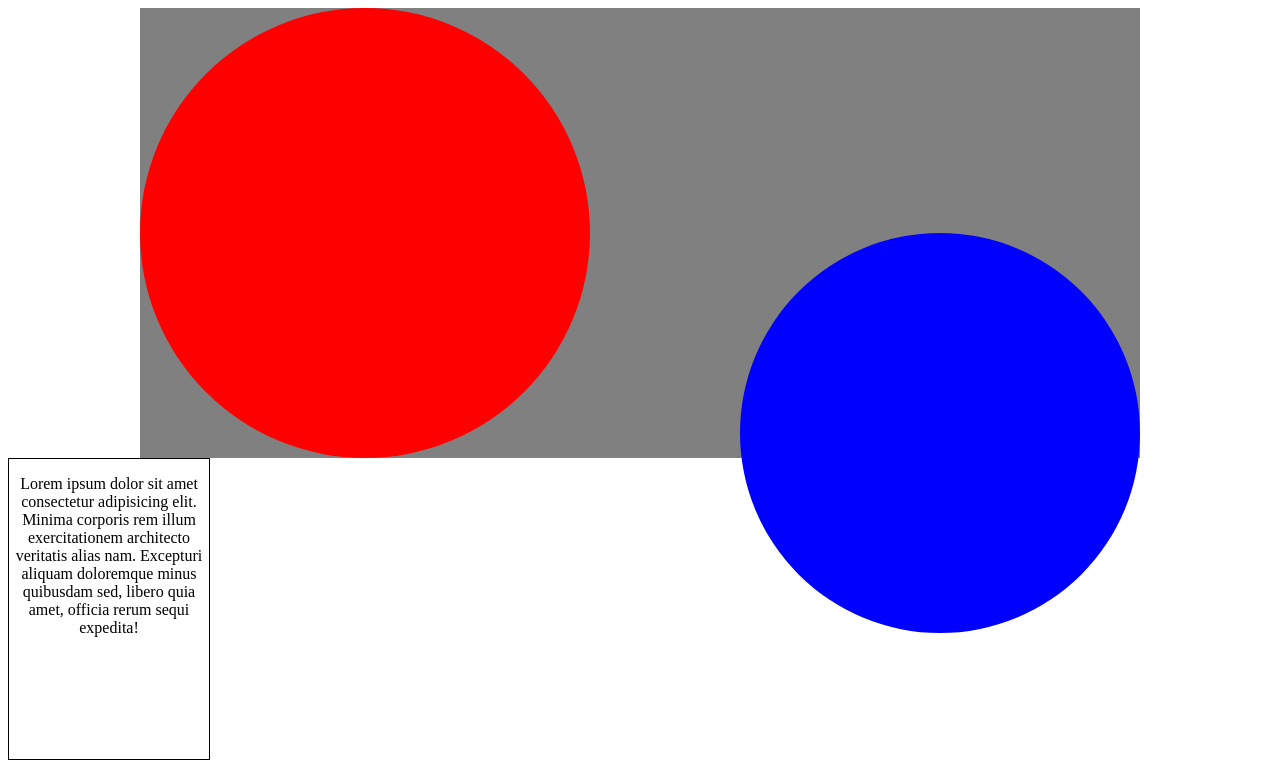
Repository: dovanluyen1996/Test-Git-PR
Page: index.html
An editor plug-in stored every save of this project. The page is shown before and after the next save, followed by the edit.
The browser window is 1280 px wide. The pictures show the whole page.

Above is the page before, as saved 2021-09-06 23:21:13.

After the next save:
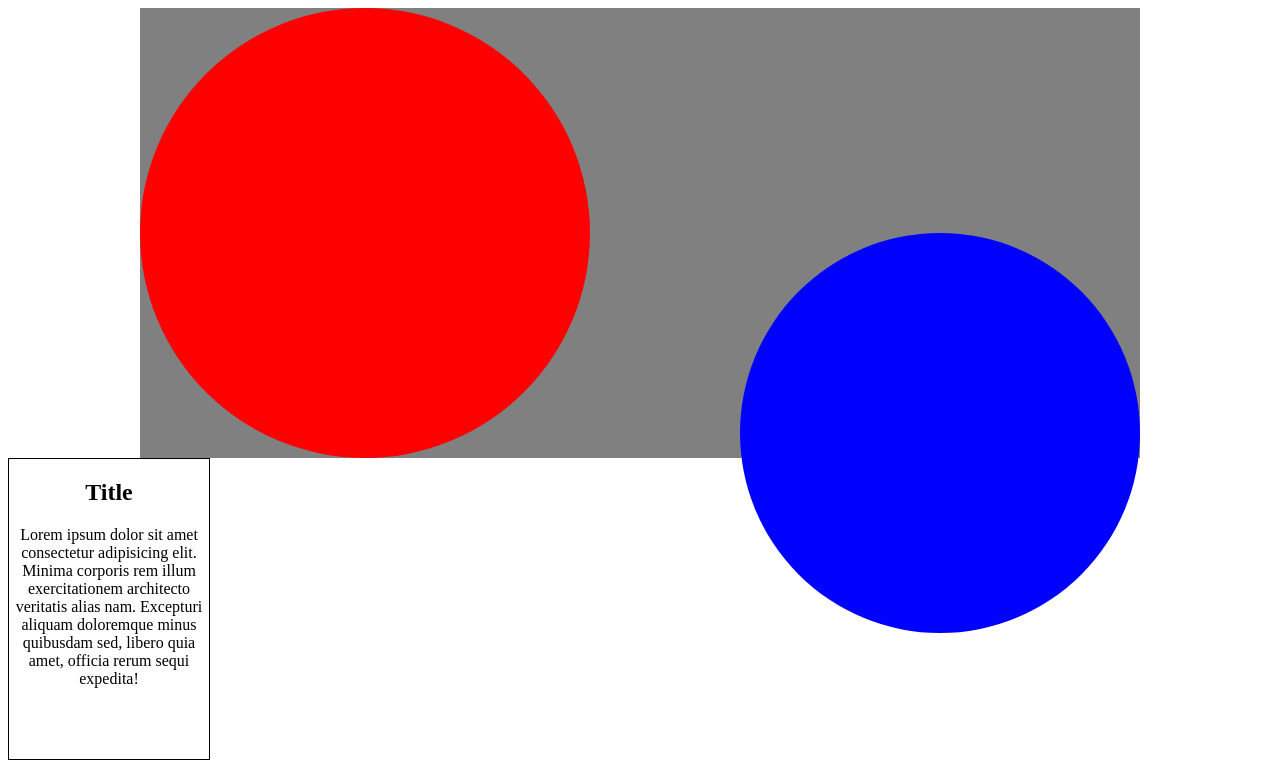
Saved 16 s later.
--- a/index.html
+++ b/index.html
@@ -14,6 +14,7 @@
       <div class="test2"></div>
     </div>
     <div class="im-center">
+      <h2>Title</h2>
       <p class="text">
         Lorem ipsum dolor sit amet consectetur adipisicing elit. Minima corporis
         rem illum exercitationem architecto veritatis alias nam. Excepturi
